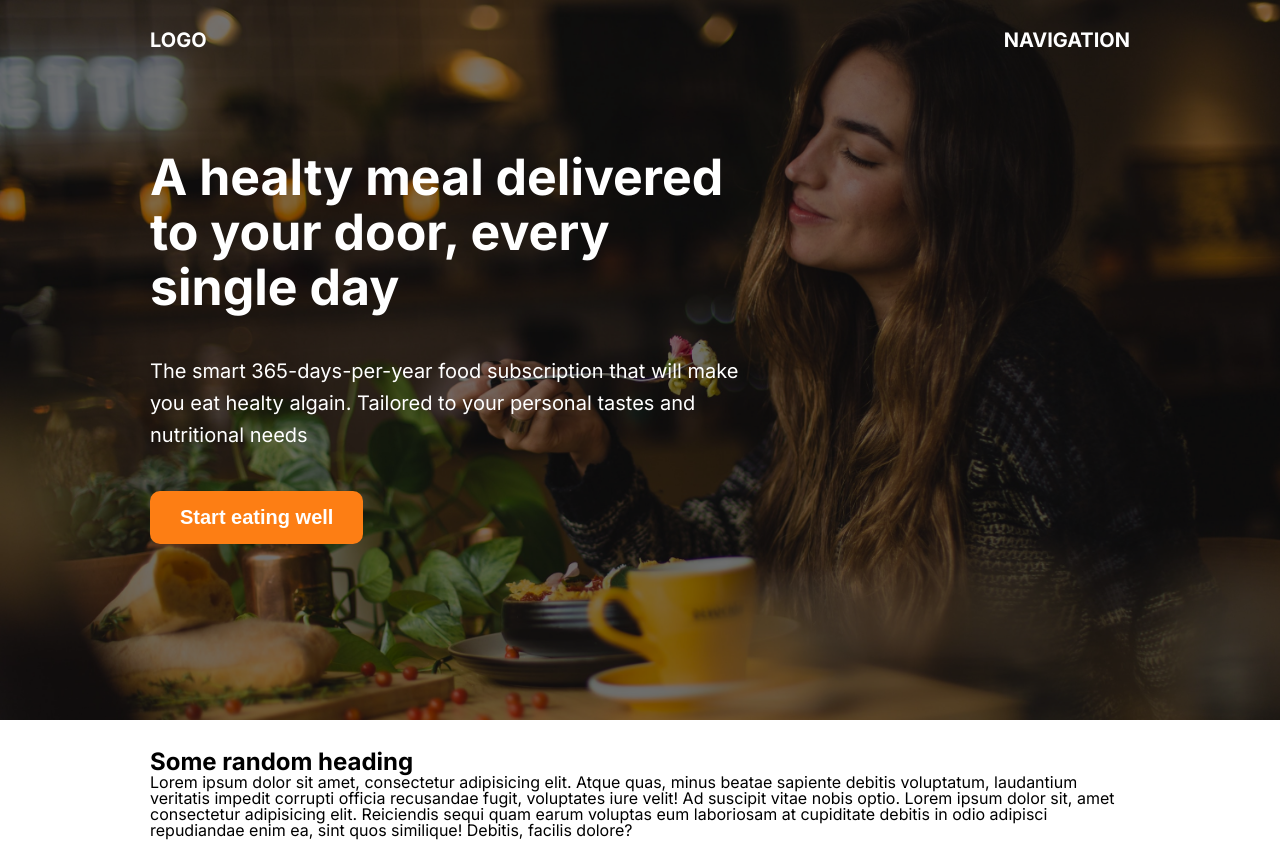
Repository: Ahmed123rezk123/06-Components
Page: hero.html
An editor plug-in stored every save of this project. The page is shown before and after the next save, followed by the edit.
The browser window is 1280 px wide. The pictures show the whole page.

Above is the page before, as saved 2024-09-18 09:26:29.

After the next save:
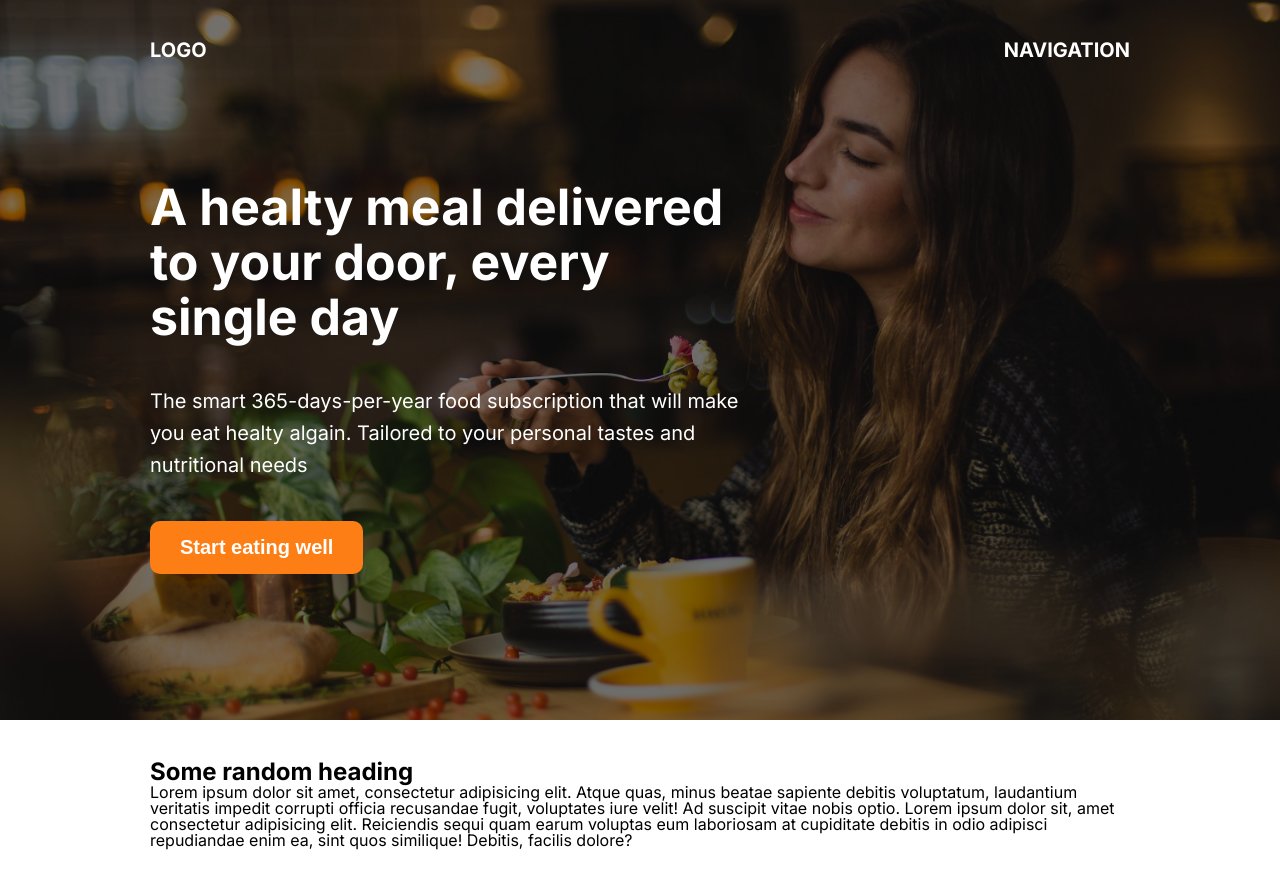
Saved 16 s later.
--- a/hero.html
+++ b/hero.html
@@ -39,7 +39,7 @@
       }
       .container {
         margin: 0 150px;
-        padding: 30px 0;
+        padding: 40px 0;
       }
       nav {
         display: flex;
